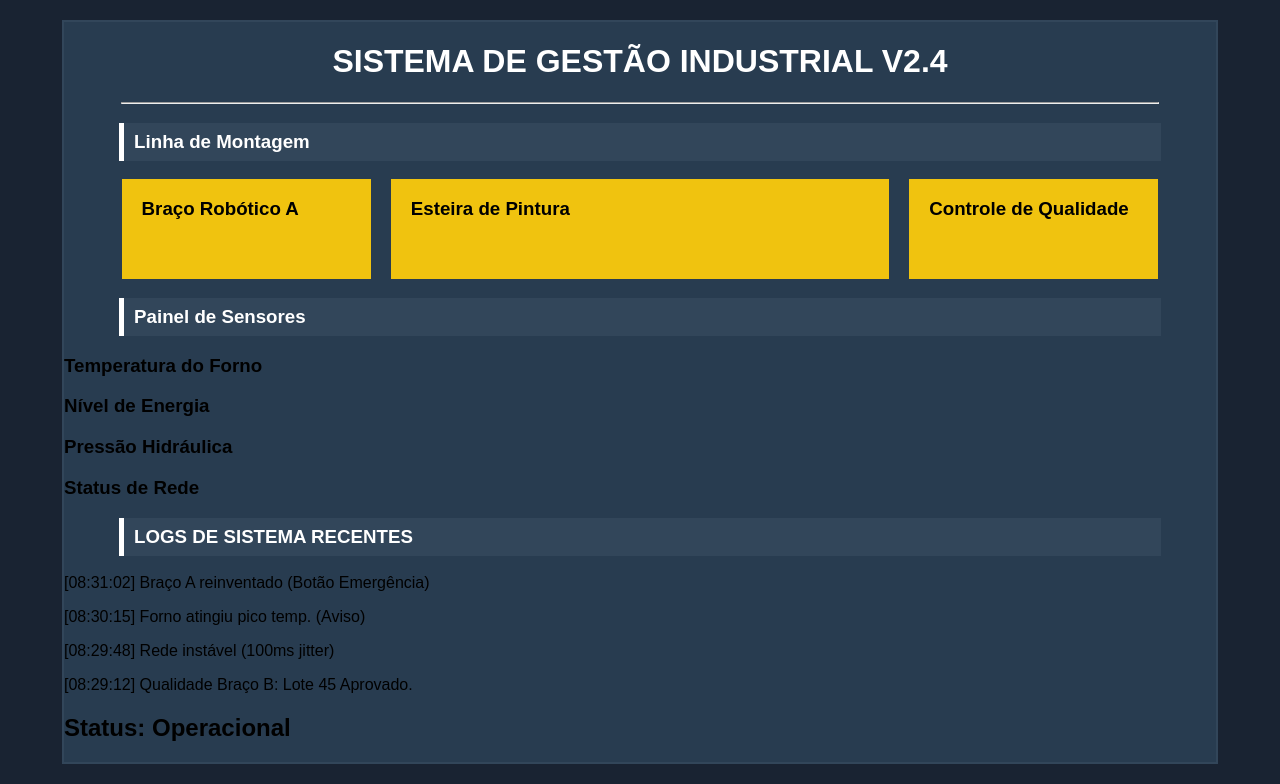
Repository: DanielEDapper/Front-WEG
Page: ProfeIgor/Aula5 - Dashboard Industrial/index.html
These files come from the project's save history. The page is drawn as it stood at one moment and after a run of saves; the edit follows.
The browser window is 1280 px wide. The pictures show the whole page.
Some icons come from a web library that is not loaded, so they are not drawn.

Above is the page before, as saved 2026-05-29 19:53:38.

### ProfeIgor/Aula5 - Dashboard Industrial/index.html
<!DOCTYPE html>
<html lang="en">
<head>
    <meta charset="UTF-8">
    <meta name="viewport" content="width=device-width, initial-scale=1.0">
    <link rel="stylesheet" href="style.css">
    <link rel='stylesheet' href='https://cdn-uicons.flaticon.com/4.0.0/uicons-bold-straight/css/uicons-bold-straight.css'>
    <title>Sistema de gestão Industrial</title>
</head>
<body>
    <div id="wrapper">
        <div id="header">
            <h1>SISTEMA DE GESTÃO INDUSTRIAL V2.4</h1>
        </div>
        <hr>
        <div id="main">
            <div class="container-main">

                <div class="titulo-sessao">
                    <h3>Linha de Montagem</h3>
                </div>
                <div class="container-montagem">
                    <div class="card">
                        <h3>Braço Robótico A</h3>
                        <i class="fi fi-bs-thumbtack"></i>
                    </div>
                    <div class="card">
                        <h3>Esteira de Pintura</h3>
                        <i class="fi fi-bs-arrow-right"></i>
                    </div>
                    <div class="card">
                        <h3>Controle de Qualidade</h3>
                        <i class="fi fi-bs-medal"></i>
                    </div>
                </div>


                <div class="titulo-sessao">
                    <h3>Painel de Sensores</h3>
                </div>
                <div class="container-sensores">
                    <div class="card-sensores">
                        <h3>Temperatura do Forno</h3>
                        <i class="fi fi-bs-temperature-high"></i>
                    </div>
                    <div class="card-sensores">
                        <h3>Nível de Energia</h3>
                        <i class="fi fi-bs-battery-half"></i>
                    </div>
                    <div class="card-sensores">
                        <h3>Pressão Hidráulica</h3>
                        <i class="fi fi-bs-dashboard"></i>
                    </div>
                    <div class="card-sensores">
                        <h3>Status de Rede</h3>
                        <i class="fi fi-bs-workflow-setting-alt"></i>
                    </div>
                </div>


                <div class="titulo-sessao">
                    <h3>LOGS DE SISTEMA RECENTES</h3>
                </div>
                <div class="container-logs">
                    <p>[08:31:02] Braço A reinventado (Botão Emergência)</p>
                    <p>[08:30:15] Forno atingiu pico temp. (Aviso)<p>
                    <p>[08:29:48] Rede instável (100ms jitter)</p>
                    <p>[08:29:12] Qualidade Braço B: Lote 45 Aprovado.</p>
                </div>
            </div>
        </div>
        <div id="footer">
            <h2>Status: Operacional</h2>
        </div>
    </div>
</body>
</html>

### ProfeIgor/Aula5 - Dashboard Industrial/style.css
:root{
    --bg-dark: #192332;
    --bg-main: #283C50;
    --bg-panel: #32465A;

    --warning: #F0C30F;
    --danger: #BE3728;
    --success: #2ECC71;

    --log-bg: #D2E6F5;

    --text: #FFFFFF;
    --text-secondary: #99A3AB;

    --accent-blue: #638CAB;
}

body{
    margin: 0;
    padding: 0;
    background-color: var(--bg-dark);
}

#wrapper{
    font-family: Arial, Helvetica, sans-serif;
    height: 90%;
    width: 90%;
    background-color: var(--bg-main);
    border: 2px solid var(--bg-panel);
    margin: 20px;
    justify-self: center;
}

#header{
    color: var(--text);
    text-align: center;
}

hr{
    width: 90%;
    font-weight: 400;
}

.titulo-sessao{
    background-color: var(--bg-panel);
    color: var(--text);
    width: 90%;
    justify-self: center;
    border-left: 5px solid var(--text);
}

.titulo-sessao h3{
    padding: 8px 0px 8px 10px;
}

.container-montagem{
    display: flex;
    width: 90%;
    justify-self: center;
    flex-basis: 400;
    height: 100px;
    justify-content: space-around;
    gap: 20px;
}

.card{
    background-color: var(--warning);
}

.card h3{
    padding: 0px 0px 0px 20px;
}

.card i{
    display: flex;
    justify-self: center;
}

.card:nth-child(1){
    width: 25%;
}

.card:nth-child(2){
    width: 50%;
}

.card:nth-child(2) i{
    display: flex;
    padding: 0px 20px 0px 0px;
    justify-self: end;
}

.card:nth-child(3){
    width: 25%;
}

After the next 5 saves:
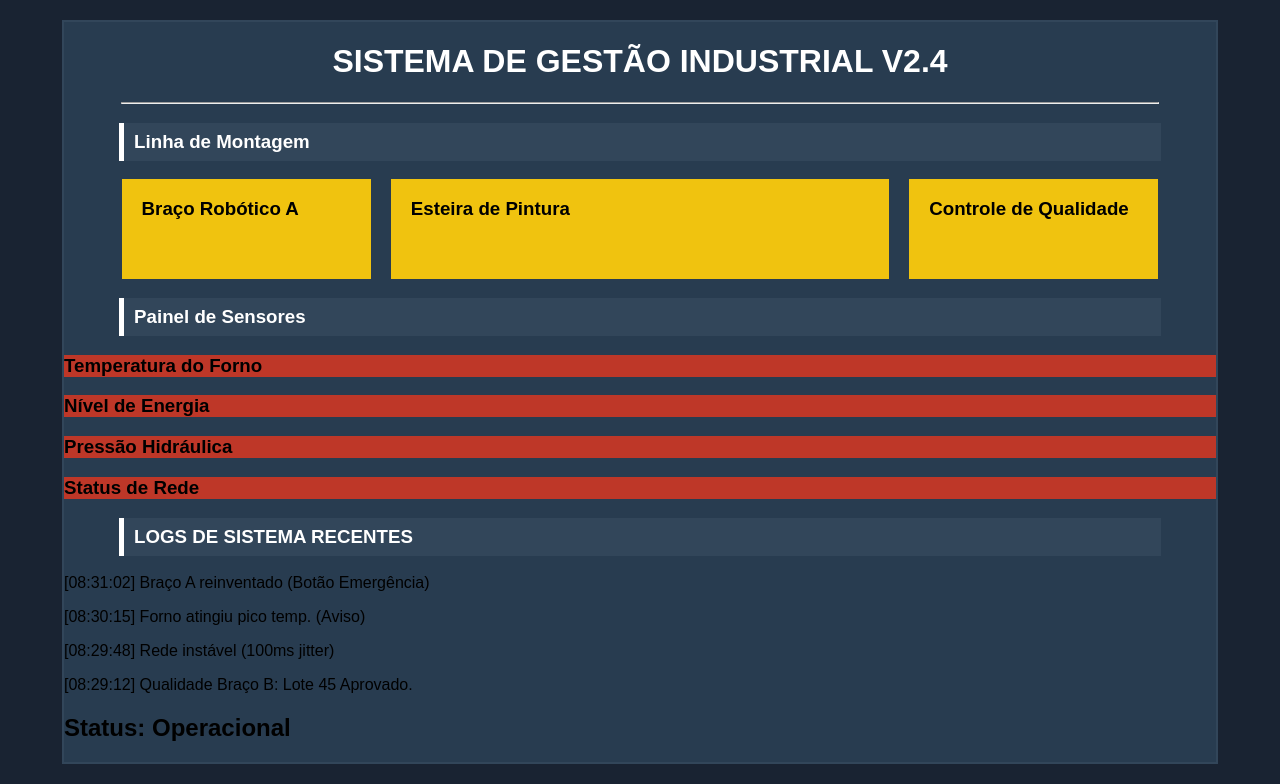
The 5 saves are shown as one change because they came seconds apart.
The last was saved 12 s later.
--- a/ProfeIgor/Aula5 - Dashboard Industrial/style.css
+++ b/ProfeIgor/Aula5 - Dashboard Industrial/style.css
@@ -93,3 +93,7 @@ hr{
 .card:nth-child(3){
     width: 25%;
 }
+
+.card-sensores{
+    background-color: var(--danger);
+}

After the 2 saves that followed:
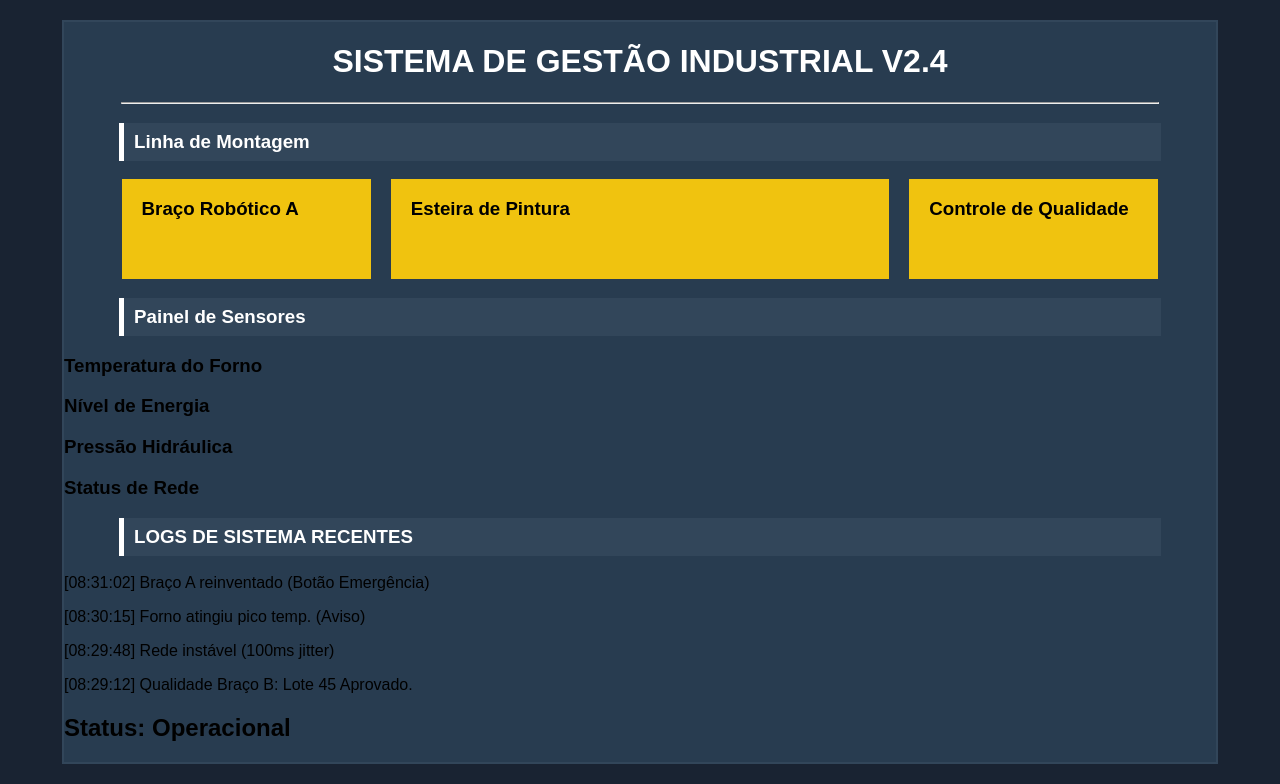
The 2 saves are shown as one change because 1 left the picture as it was.
The last was saved 10 s later.
--- a/ProfeIgor/Aula5 - Dashboard Industrial/style.css
+++ b/ProfeIgor/Aula5 - Dashboard Industrial/style.css
@@ -94,6 +94,8 @@ hr{
     width: 25%;
 }
 
+.container
+
 .card-sensores{
     background-color: var(--danger);
 }
